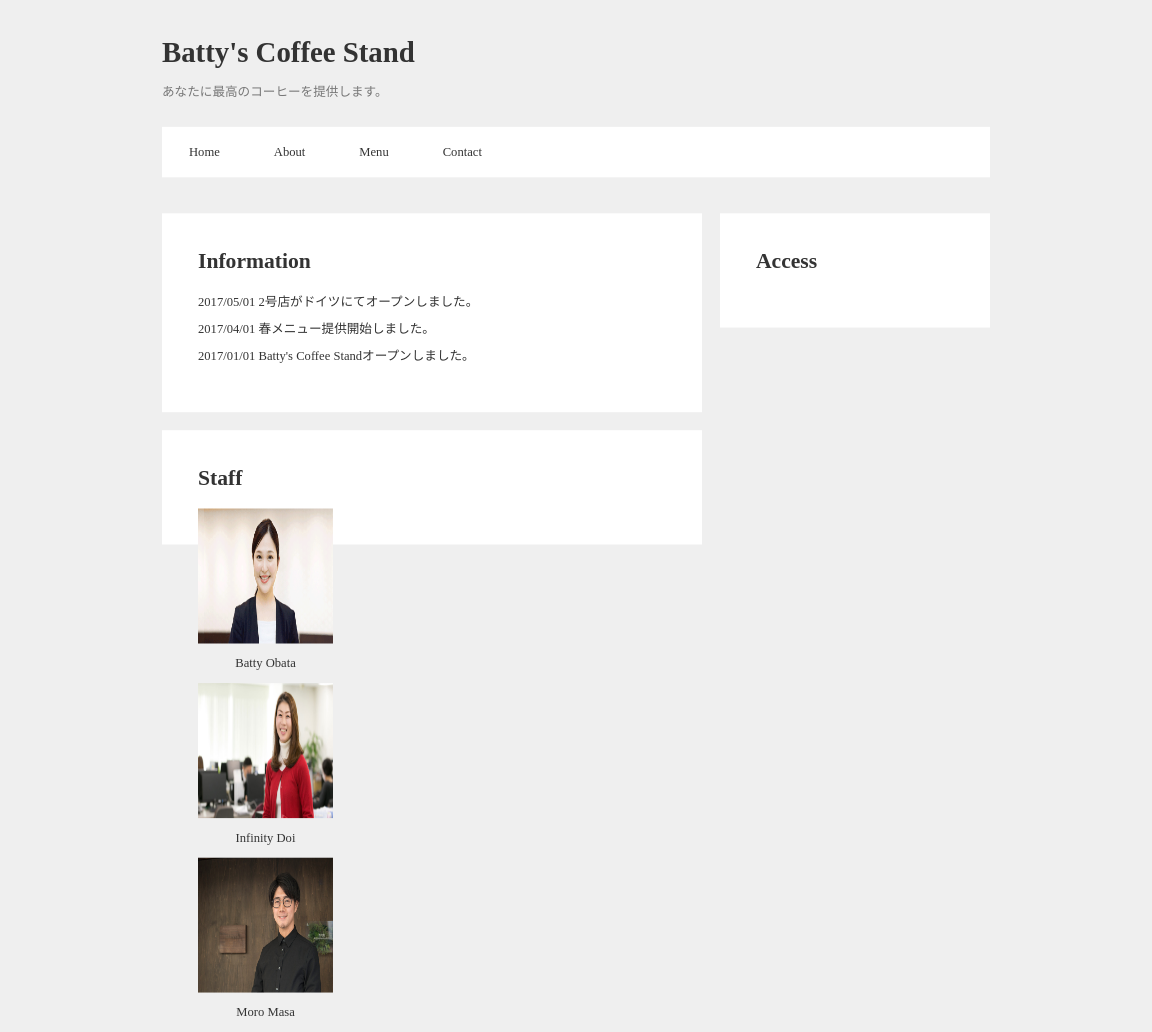
Repository: Sissy7-2/Tip-Memo
Page: html/batty_coffee_stand/index.html
The author's editor kept a record of every edit. The page is drawn from the files as they stood at one moment, then again after the next edit.
The browser window is 1280 px wide. The pictures show the whole page, at 90% of full size.

Above is the page before.

After the next edit:
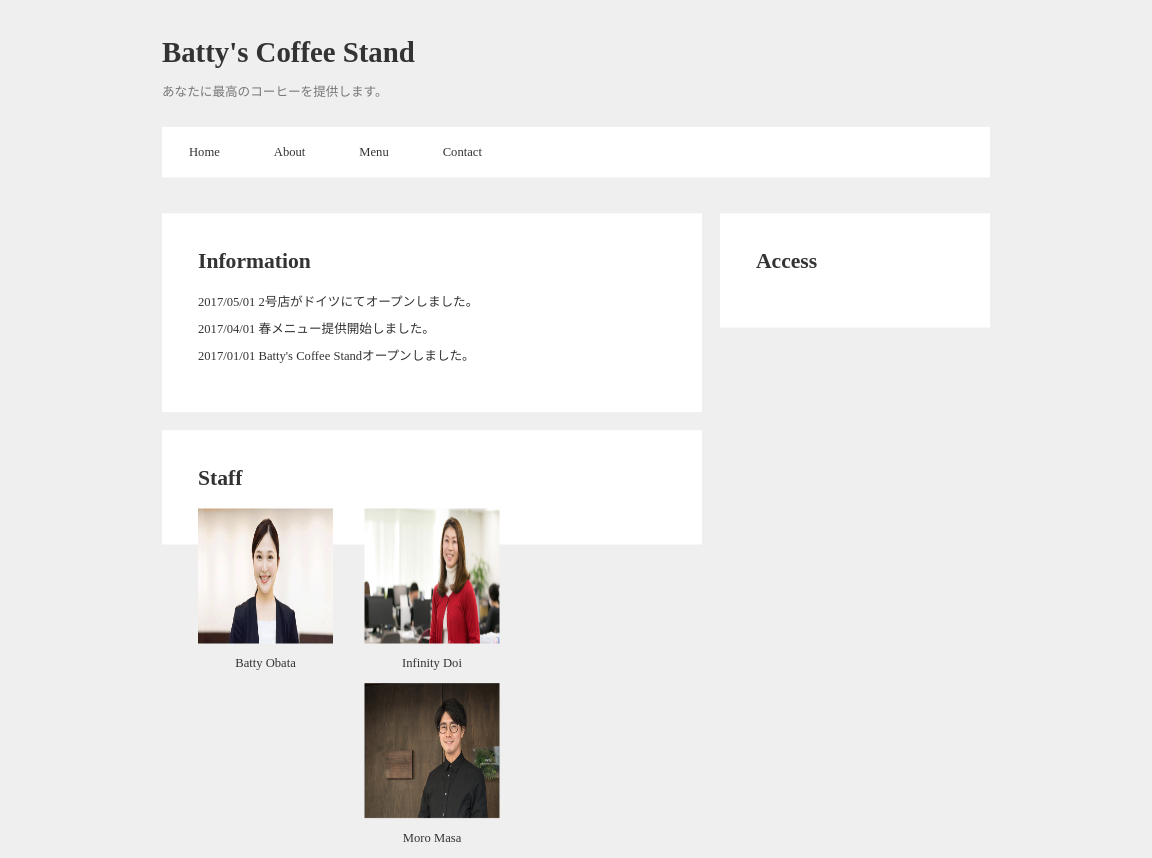
The edit:
--- a/html/batty_coffee_stand/index.html
+++ b/html/batty_coffee_stand/index.html
@@ -38,8 +38,8 @@
                             <div class="staff-list">
                             <img src="./staff01.png" class="staff-image">
                             <p class="staff-name">Batty Obata</p>
-
-                            <div class="staff-list"></div>
+                            </div>
+                            <div class="staff-list">
                             <img src="./staff02.jpg" class="staff-image">
                             <p class="staff-name">Infinity Doi</p>
                             <div class="staff-list"></div>
